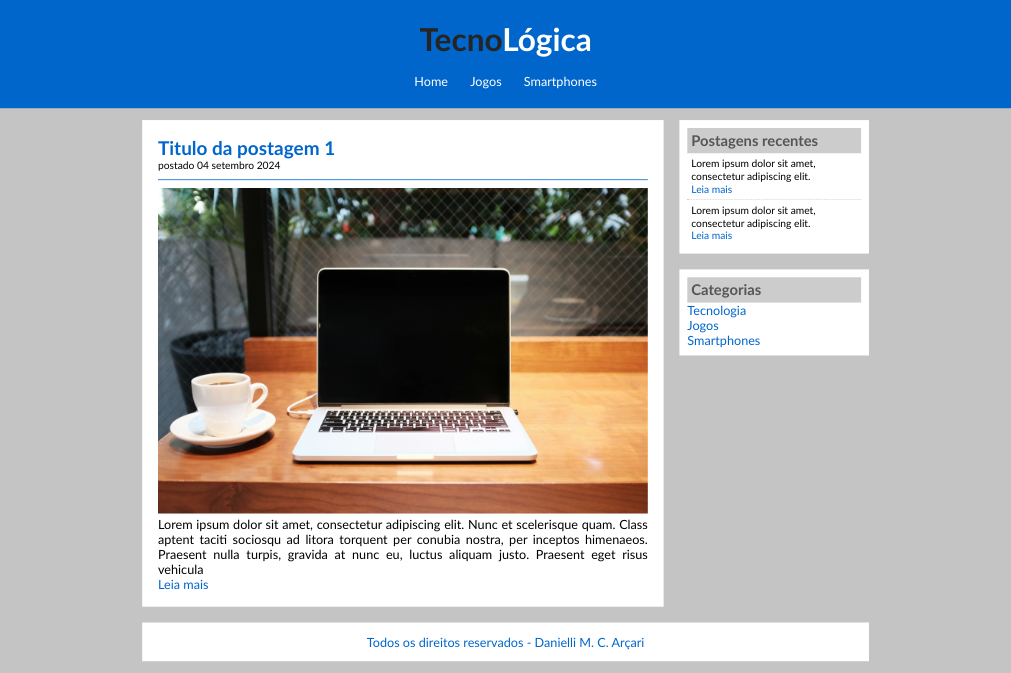
Repository: danielli-arcari/blog-html-css
Page: index.html
The author's editor kept a copy of each file at every save. The page is drawn from the files as they stood at one save, then again after the next save.
The browser window is 1280 px wide. The pictures show the whole page, at 79% of full size.

Above is the page before, as saved 2026-03-10 16:57:26.

After the next save:
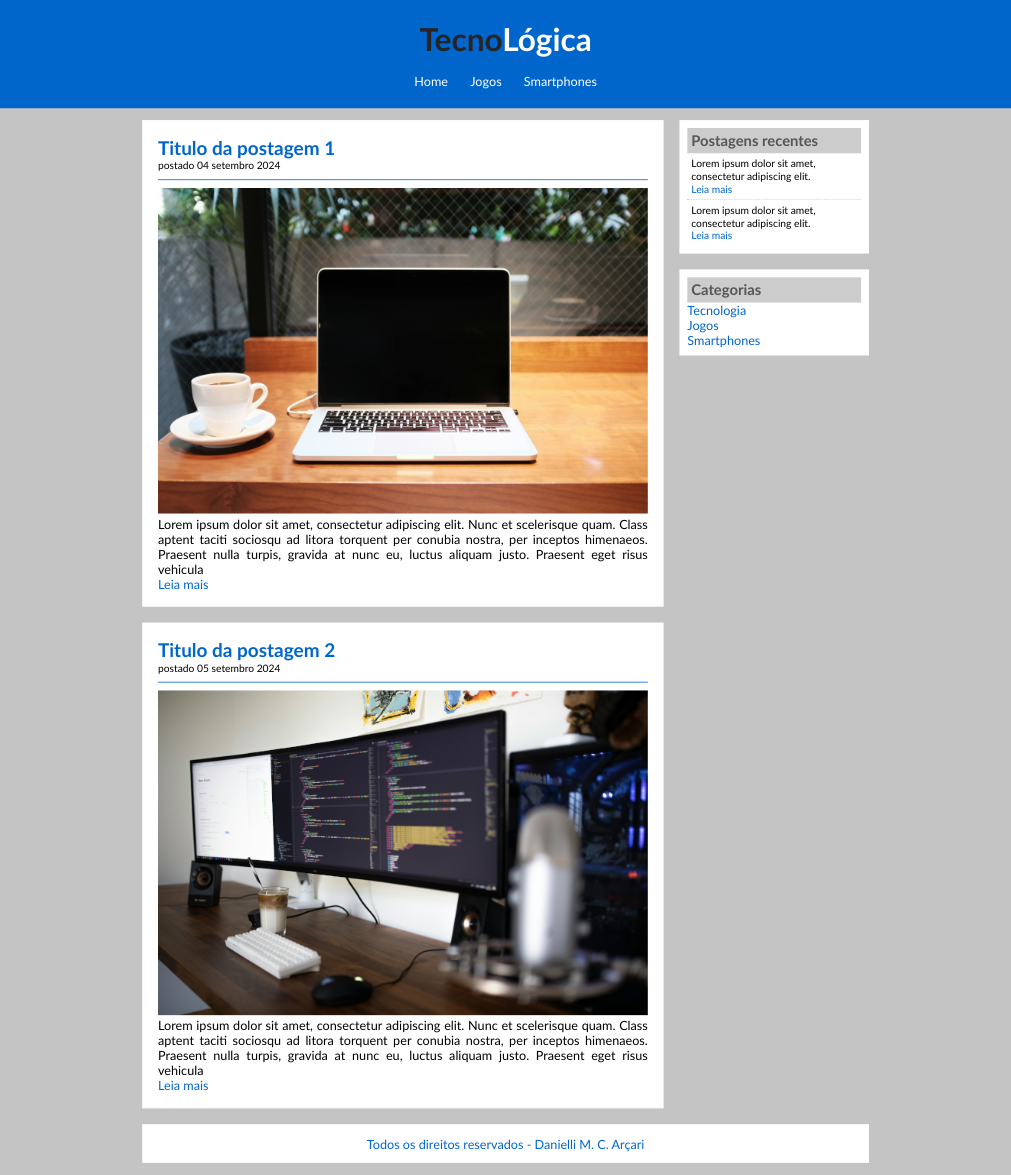
Saved 97 s later.
--- a/index.html
+++ b/index.html
@@ -34,6 +34,18 @@
                 <h2>Titulo da postagem 1</h2>
                 <span class="data-post">postado 04 setembro 2024</span>
                 <img class="img-post" src="imagens/tecnologia01.png">
+                <p>
+                    Lorem ipsum dolor sit amet, consectetur adipiscing elit. Nunc et scelerisque quam. Class aptent taciti sociosqu ad litora torquent per conubia nostra, per inceptos himenaeos. Praesent nulla turpis, gravida at nunc eu, luctus aliquam justo. Praesent eget risus vehicula
+                </p>
+                <a href="">Leia mais</a>
+            </div>
+            <!--fechamento postagem -->
+
+            <!-- abertura postagem -->
+            <div class="post">
+                <h2>Titulo da postagem 2</h2>
+                <span class="data-post">postado 05 setembro 2024</span>
+                <img class="img-post" src="imagens/tecnologia02.png">
                 <p>
                     Lorem ipsum dolor sit amet, consectetur adipiscing elit. Nunc et scelerisque quam. Class aptent taciti sociosqu ad litora torquent per conubia nostra, per inceptos himenaeos. Praesent nulla turpis, gravida at nunc eu, luctus aliquam justo. Praesent eget risus vehicula
                 </p>
